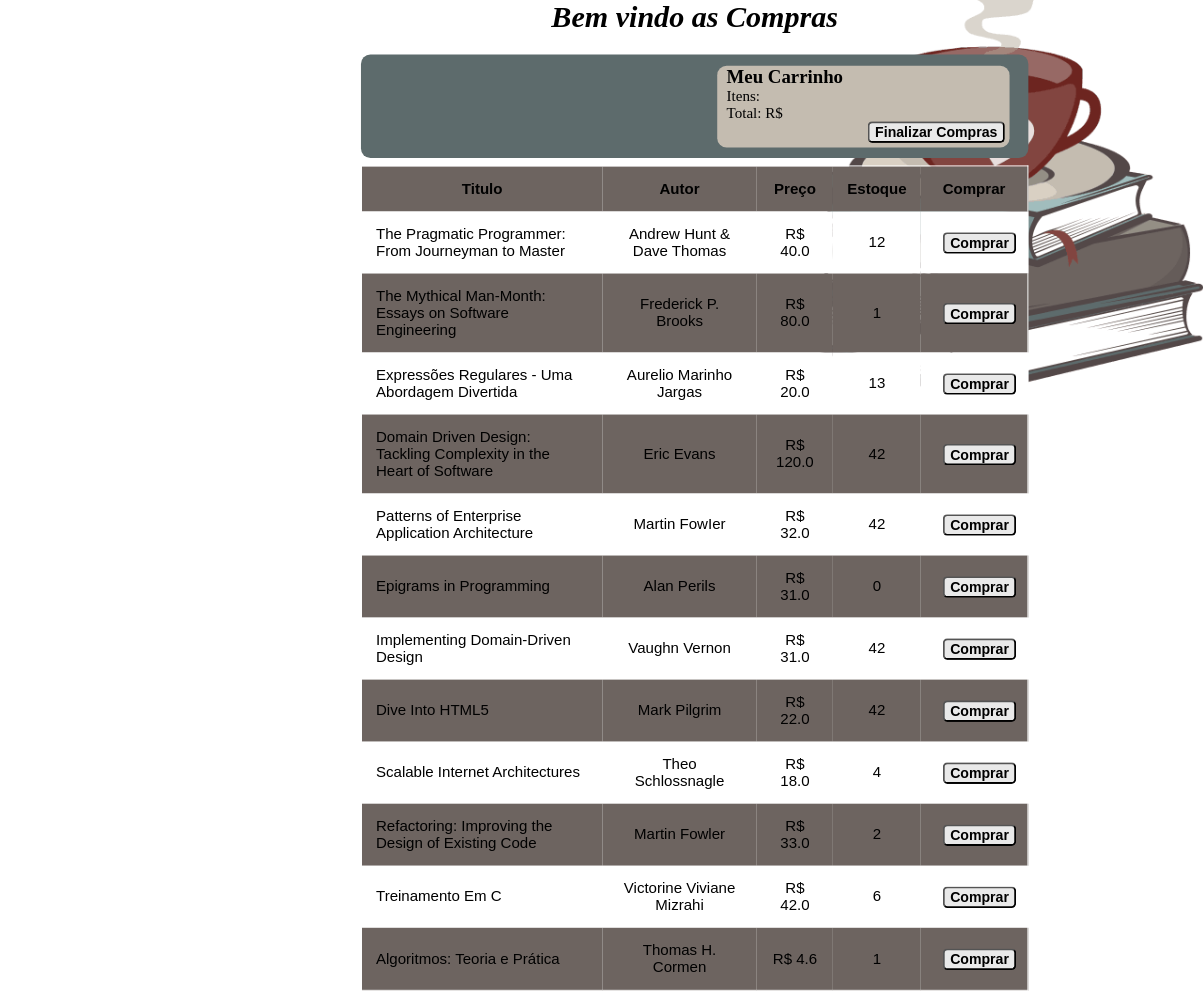
Repository: gabriellacrystina/ProjetoTegra
Page: http://localhost/book-store/Produtos
An editor plug-in stored every save of this project. The page is shown before and after the next save, followed by the edit.
The browser window is 1280 px wide. The pictures show the whole page, at 94% of full size.
The page is served by Tomcat 9. Other server files are loaded and not shown.

Above is the page before, as saved 2016-07-08 01:00:58.

### book-store/WebContent/index.jsp
<%@ page language="java" contentType="text/html; charset=UTF-8"
    pageEncoding="UTF-8"%>
<%@ page import="model.Produto" %>
<%@ page import="model.Item" %>
<%@ page import="java.util.ArrayList" %>
<%@ page import="java.util.List" %>
<%@ taglib uri="http://java.sun.com/jsp/jstl/core" prefix="c" %>

<!DOCTYPE html PUBLIC "-//W3C//DTD HTML 4.01 Transitional//EN" "http://www.w3.org/TR/html4/loose.dtd">
<html>
	<head>
		<meta http-equiv="Content-Type" content="text/html; charset=UTF-8">
		<link rel="stylesheet" type="text/css" href="book-store-style.css">
		<title>BookStore</title>
	</head>
	<body>
		<div class="cabecalho">
			<h1>Bem vindo as Compras</h1>
		</div>
			<div class="my-cart" >
				<div class="cart">
					<label id="lbl-meu-carrinho">Meu Carrinho</label><br>
						Itens: <output class="lbl-itens" id="qtde-itens" name="quantidade-itens">${qtdeLivros}</output><br>
						Total: <output class="lbl-total" id="total" name="total-itens">${total} R$</output><br>
						<form action="MeuCarrinho">
							<button type="submit" class="btn" id="btn-finalizar-compra">Finalizar Compras</button>
						</form>
				</div>
			</div>
			<table id="tbl-books">
			  <tr>
			    <th>Titulo</th>
			    <th>Autor</th>
			    <th>Preço</th>
			    <th>Estoque</th>
			    <th>Comprar</th>
			  </tr>
		  		<c:forEach var="livro" items="${listaProdutos}">
		  			<tr class="livros">
						<td class="nome-livro">${livro.titulo}</td>
						<td class="nome-autor">${livro.autor}</td>
						<td class="preco">R$ ${livro.preco}</td>
						<td class="estoque">${livro.estoque}</td>
						<td>
							<form action="Produtos" method="post" name="produtos" >
								<input type="hidden" name="id-livro" value="${livro.id}">
								<button class="btn btn-comprar" type="submit">Comprar</button>
							</form>

						</td>
					</tr>
				</c:forEach>
			</table>
		</body>
</html>

### book-store/src/servlet/BuscaProdutos.java
package servlet;

import java.io.IOException;

import javax.servlet.ServletException;
import javax.servlet.annotation.WebServlet;
import javax.servlet.http.HttpServlet;
import javax.servlet.http.HttpServletRequest;
import javax.servlet.http.HttpServletResponse;
import javax.servlet.http.HttpSession;

import java.util.ArrayList;
import java.util.List;

import model.Item;
import model.Produto;
import dao.ProdutoDAO;

/**
 * Servlet implementation class BuscaProdutos
 * Classe responsavel por gerar uma lista estatica de produtos;
 * E ainda montar uma lista de livros escolhidos pelo o usuário.
 *
 */
@WebServlet("/Produtos")
public class BuscaProdutos extends HttpServlet {
	private static final long serialVersionUID = 1L;

    /**
     * @see HttpServlet#HttpServlet()
     */
    public BuscaProdutos() {
        super();
        // TODO Auto-generated constructor stub
    }

	/**
	 * @see HttpServlet#doGet(HttpServletRequest request, HttpServletResponse response)
	 */
	protected void doGet(HttpServletRequest request, HttpServletResponse response) throws ServletException, IOException {

		HttpSession sessao = request.getSession();

		//Gerando lista estatica.
		List<Produto> produtos = new ProdutoDAO().getListaProdutos();

		//colocando na sessao a lista de produtos
		sessao.setAttribute("listaProdutos", produtos);

		//redirecionar pro index.
		request.getRequestDispatcher("index.jsp").forward(request, response);
	}

	/**
	 * @see HttpServlet#doPost(HttpServletRequest request, HttpServletResponse response)
	 */
	protected void doPost(HttpServletRequest request, HttpServletResponse response) throws ServletException, IOException {
		HttpSession sessao = request.getSession();
		Item item = new Item();
		Produto produto;
		double subtotal = 0, total=0;
		Integer indice, quantidade=0, qtdeLivros=0;
		Item itemEncontrado = null;

		//captura Lista de Produtos e LivrosEscolhidos da sessao.
		List<Produto> produtos = (ArrayList<Produto>) sessao.getAttribute("listaProdutos");
		ArrayList<Item> livrosEscolhidos = (ArrayList<Item>) sessao.getAttribute("listaItens");

		if(livrosEscolhidos == null){
			livrosEscolhidos = new ArrayList<Item>();
			sessao.setAttribute("listaItens", livrosEscolhidos);
		}

		//Indice do livro
		indice = Integer.parseInt(request.getParameter("id-livro"));
		produto = produtos.get(indice);

		if(produto.contemEstoqueDisponivel()){
			/**Montando um item para adicionar em livrosEscolhidos.**/
			//Se a lista estiver vazia
			if(livrosEscolhidos.isEmpty()){
				//add item
				item.setProduto(produto);

				quantidade = item.getQuantidade() + 1;
				item.setQuantidade(quantidade);

				subtotal = quantidade * produto.getPreco();
				item.setSubtotal(subtotal);

				livrosEscolhidos.add(item);

				produto.atualizaEstoqueVenda();
			}else{
				//Senao percorre a lista
				for(int i=0; i<livrosEscolhidos.size(); i++){
					//verifica se o item a ser adicionado já existe na lista de livros Escolhidos
					if(produto.getTitulo().equals(livrosEscolhidos.get(i).getProduto().getTitulo())){
						itemEncontrado = livrosEscolhidos.get(i);
					}
				}
				//item já existe na lista?
				if(itemEncontrado != null){
					//atualiza a quantidade e o subtotal deste item
					itemEncontrado.adicionarQuantidade();

					itemEncontrado.adicionarSubtotal(produto.getPreco());

					produto.atualizaEstoqueVenda();
				}else{
					//senao adiciona um novo item na lista
					item.setProduto(produto);

					quantidade = item.getQuantidade() + 1;
					item.setQuantidade(quantidade);

					subtotal = quantidade * produto.getPreco();
					item.setSubtotal(subtotal);

					livrosEscolhidos.add(item);

					produto.atualizaEstoqueVenda();
				}
			}
		}

		//Total de livros e valor correspondente
		if( livrosEscolhidos != null){
			for(Item i: livrosEscolhidos){
				qtdeLivros = qtdeLivros + i.getQuantidade();
				total = total +  i.getProduto().getPreco() * i.getQuantidade();
			}
		}

		sessao.setAttribute("qtdeLivros", qtdeLivros);
		sessao.setAttribute("total", total);
		request.getRequestDispatcher("index.jsp").forward(request, response);
	}
}

### book-store/src/dao/ProdutoDAO.java
package dao;

import java.util.ArrayList;
import java.util.List;

import model.Produto;

/**
 * Produto(Data Object Access)
 *
 * Classe que simula acesso ao banco de dados
 */

public class ProdutoDAO {

	private final static List<Produto> listaProdutos = new ArrayList<>();

	static{
		adicionaProduto(new Produto("The Pragmatic Programmer: From Journeyman to Master", "Andrew Hunt & Dave Thomas", 40.00, 12));
		adicionaProduto(new Produto("The Mythical Man-Month: Essays on Software Engineering", "Frederick P. Brooks", 80.00, 1));
		adicionaProduto(new Produto("Expressões Regulares - Uma Abordagem Divertida", "Aurelio Marinho Jargas",20.00 ,13 ));
		adicionaProduto(new Produto("Domain Driven Design: Tackling Complexity in the Heart of Software", "Eric Evans", 120.00, 42));
		adicionaProduto(new Produto("Patterns of Enterprise Application Architecture", "Martin FowIer", 32.00, 42));
		adicionaProduto(new Produto("Epigrams in Programming", "Alan Perils", 31.00, 0));
		adicionaProduto(new Produto("Implementing Domain-Driven Design", "Vaughn Vernon", 31.00, 42));
		adicionaProduto(new Produto("Dive Into HTML5", "Mark Pilgrim", 22.00, 42));
		adicionaProduto(new Produto("Scalable Internet Architectures", "Theo Schlossnagle", 18.00, 4));
		adicionaProduto(new Produto("Refactoring: Improving the Design of Existing Code", "Martin Fowler", 33.00, 2));
		adicionaProduto(new Produto("Treinamento Em C", "Victorine Viviane Mizrahi", 42.00, 6));
		adicionaProduto(new Produto("Algoritmos: Teoria e Prática", "Thomas H. Cormen", 4.60, 1));
	}


	//Metodo que gera id automático e adiciona um produto na lista.
	private static void adicionaProduto(Produto produto){
		int id = listaProdutos.size();
		produto.setId(id);
		listaProdutos.add(produto);
	}

	public List<Produto> getListaProdutos(){
		return listaProdutos;
	}
}

### book-store/src/model/Produto.java
package model;

public class Produto {

	private int id;
	private String titulo;
	private String autor;
	private Double preco;
	private int estoque;

	public Produto(String titulo, String autor, Double preco, int estoque) {
		this.titulo = titulo;
		this.autor = autor;
		this.preco = preco;
		this.estoque = estoque;
	}

	public int getId(){
		return id;
	}

	public void setId(int id){
		this.id = id;
	}

	public String getTitulo() {
		return titulo;
	}

	public String getAutor() {
		return autor;
	}

	public Double getPreco() {
		return preco;
	}

	public int getEstoque() {
		return estoque;
	}

	public void atualizaEstoqueVenda(){
		this.estoque -= 1;
	}

	public void atualizaEstoqueDevolucao(){
		this.estoque += 1;
	}
}

### book-store/WebContent/book-store-style.css
@CHARSET "ISO-8859-1";

body {
	background-image: url("teste.png");
	background-repeat: no-repeat;
	background-position: right top;
	background-attachment: initial;
    width: 710px;
    margin-top: 0px;
    margin-left: 30%;
	margin-right: auto;
}

h1 {
	font-style: oblique;
	text-align: center;
    color: #000000;
    margin-top: 0px;
}

#tbl-books {
	width: 100%;
	font-family: "Arial", "Helvetica", sans-serif;
	border: 1px solid #ffffff;
    border-collapse: collapse;
}

#tbl-books tr:nth-child(even){
	background-color: #FFFFFF
}

#tbl-books tr:nth-child(odd){
	background-color: #6D6460;
}

th, td {
    padding: 15px;
    text-align: center;
}


.nome-livro{
	text-align: left;
}

.my-cart{
	width: 100%;
	height: 110px;
	border-radius: 10px;
    padding: 12px 20px;
    margin: 8px 0;
    box-sizing: border-box;
	background-color: #5D6B6C;
	margin-left: auto;
	margin-right: auto;
}
.cart{
	float: right;
	background-color: #c4bcb0;
	border-radius: 10px;
	padding-left: 10px;
	padding-bottom: 5px;
	margin-left: auto;
	margin-right: auto;
}

.carrinho{
	background-color: #c4bcb0;
	text-align: left;
	border-radius: 10px;
	padding-left: 10px;
	padding-right: 10px;
}

#lbl-meu-carrinho{
	font-size: 20px;
	font-weight: bold;
}

.btn {
	font-family: "Arial", "Helvetica", sans-serif;
	border-radius: 5px;
	font-size: 15px;
	font-weight: bold;
	margin-left: 150px;
	margin-right: 5px;
	background-color: #e9e9e9;
}

.btn-comprar{
	margin-left: 10%;
}

.btn-validarCumpom{
	margin-left: 60%;
}

.it-carrinho{
	margin-right: 150px;
}

.img-desconto{
	background-image: url("desconto.jpg");
	width: 10%;
	top:5px;
	left:20px;
	position:absolute;
}

#img-descricao{
	color: #ffffff;
	font-size: 10px;
}

h3, p{
	color: #ffffff;
	font-family: "Arial", "Helvetica", serif;
}

.desconto{
	margin-top: 0px;
	background-color: #6D2520;
	width: 22%;
	height: 100%;
	left:35px;
	text-align: left;
	padding-top: 5%;
	padding-left: 15px;
	position:absolute;
}

#img-desconto{
	padding-top: 20%;
	width: 100%;

}

After the next save:
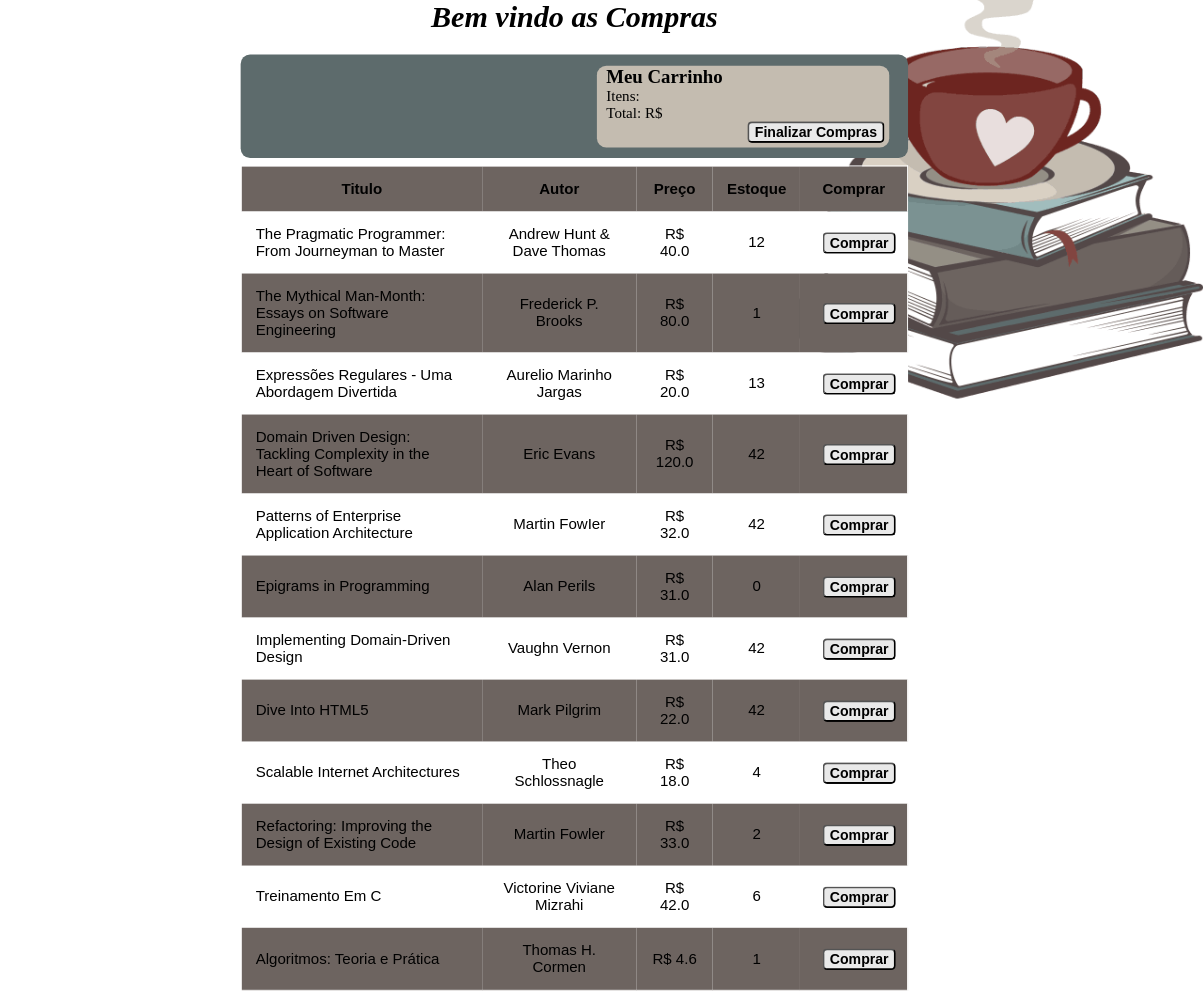
Saved 14 s later.
--- a/book-store/WebContent/book-store-style.css
+++ b/book-store/WebContent/book-store-style.css
@@ -7,7 +7,7 @@
 	background-attachment: initial;
     width: 710px;
     margin-top: 0px;
-    margin-left: 30%;
+    margin-left: 20%;
 	margin-right: auto;
 }
 

After the save that followed:
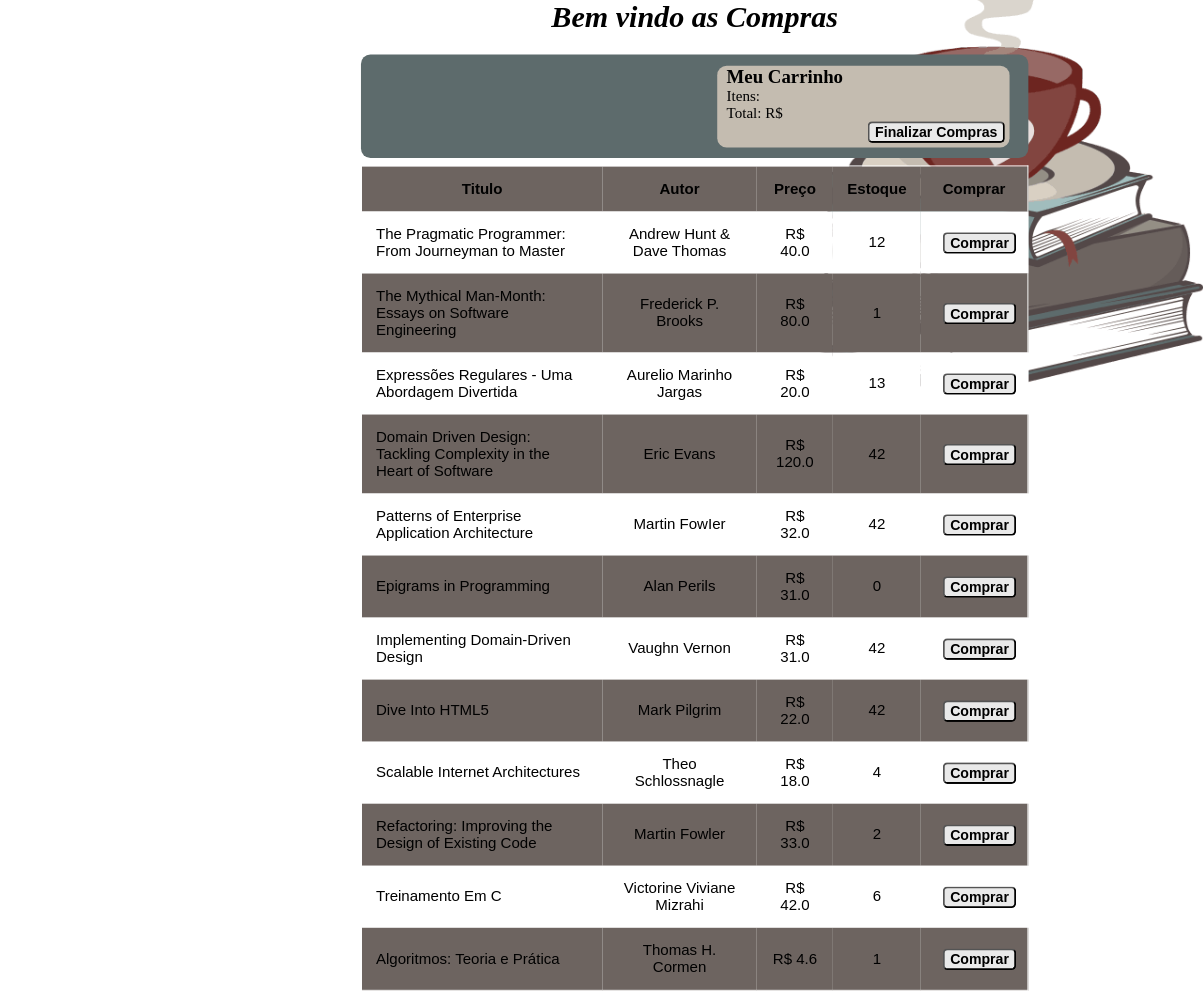
Saved 5 s later.
--- a/book-store/WebContent/book-store-style.css
+++ b/book-store/WebContent/book-store-style.css
@@ -7,7 +7,7 @@
 	background-attachment: initial;
     width: 710px;
     margin-top: 0px;
-    margin-left: 20%;
+    margin-left: 30%;
 	margin-right: auto;
 }
 
